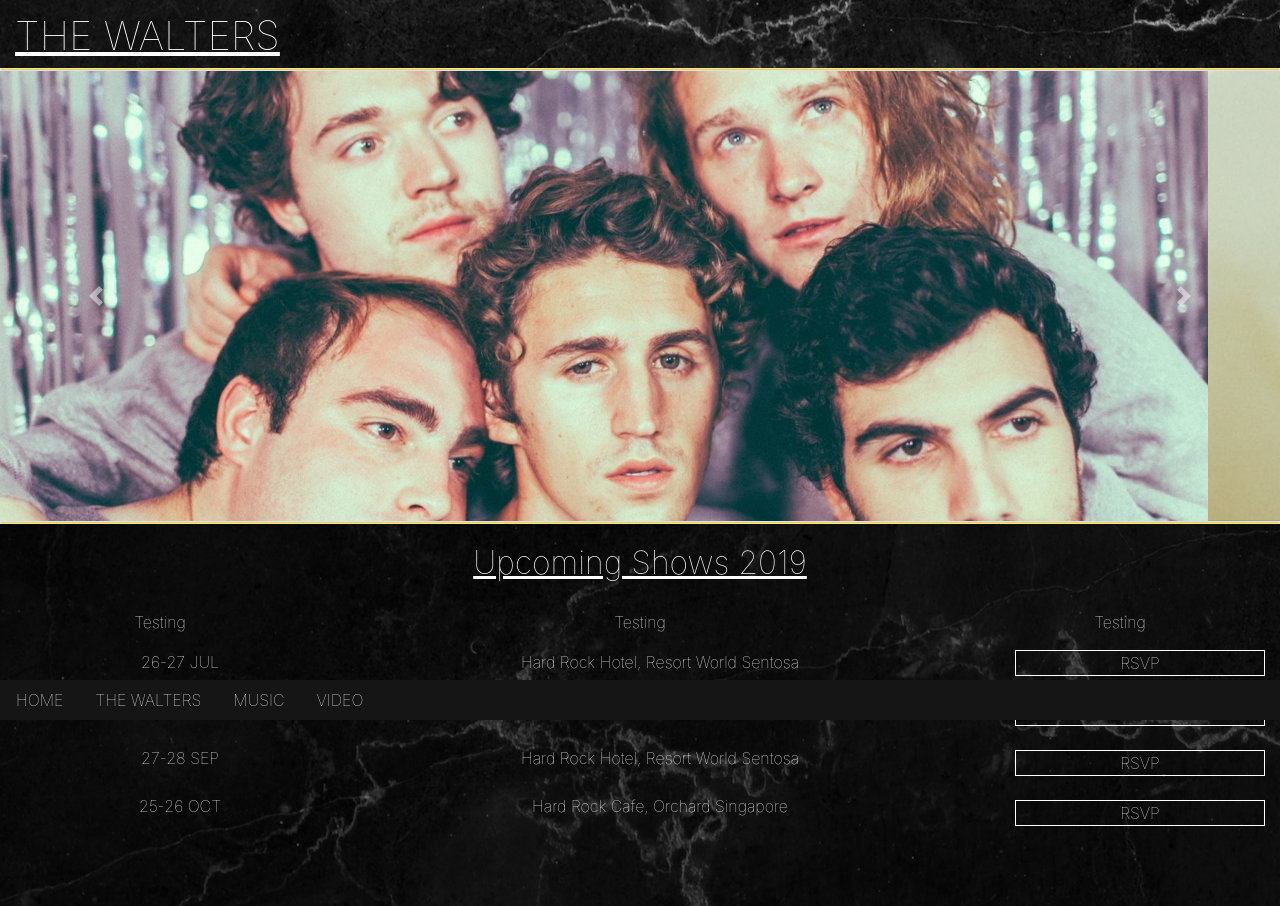
Repository: yucheng91/CIassignment1
Page: index.html
The author's editor kept a record of every edit. The page is drawn from the files as they stood at one moment, then again after the next edit.
The browser window is 1280 px wide. The pictures show the whole page.

Above is the page before.

### index.html
<!doctype html>
<html lang="en">
  <head>
    <!-- Required meta tags -->
    <meta charset="utf-8">
    <meta name="viewport" content="width=device-width, initial-scale=1, shrink-to-fit=no">

    <!-- Bootstrap CSS -->
    <link rel="stylesheet" href="https://stackpath.bootstrapcdn.com/bootstrap/4.3.1/css/bootstrap.min.css" integrity="sha384-ggOyR0iXCbMQv3Xipma34MD+dH/1fQ784/j6cY/iJTQUOhcWr7x9JvoRxT2MZw1T" crossorigin="anonymous">
    <link rel="stylesheet" href="style.css" type="text/css" />
    <link rel="styleshaeet" href="https://maxcdn.bootstrapcdn.com/font-awesome/4.7.0/css/font-awesome.min.css" type="text/css" />
    <title>The Walters</title>
  </head>
  <body>
    <div class="modal" tabindex="-1" role="dialog">
  <div class="modal-dialog" role="document">
    <div class="modal-content">
      <div class="modal-header">
        <h5 class="modal-title">Modal title</h5>
        <button type="button" class="close" data-dismiss="modal" aria-label="Close">
          <span aria-hidden="true">&times;</span>
        </button>
      </div>
      <div class="modal-body">
        <p>Modal body text goes here.</p>
      </div>
      <div class="modal-footer">
        <button type="button" class="btn btn-secondary" data-dismiss="modal">Close</button>
        <button type="button" class="btn btn-primary">Save changes</button>
      </div>
    </div>
  </div>
</div>

    <header>
      <div class="container-fluid">
      <div class="row">
        <div class="col-10">
          <h1>THE WALTERS</h1>
        </div>
        <div class="col-2">
          <a href="https://www.facebook.com"><i class="fa fa-facebook-square fa-2x" aria-hidden="true"></i></a>
          <a href="https://www.twitter.com"><i class="fa fa-twitter-square fa-2x" aria-hidden="true"></i></a>
          <a href="https://www.youtube.com"><i class="fa fa-youtube-square fa-2x" aria-hidden="true"></i></a>
        </div>
      </div>
    </div>
  <div class="border"></div>
  </header>

<div id="carouselExampleControls" class="carousel slide" data-ride="carousel">
  <div class="carousel-inner">
    <div class="carousel-item active">
      <img class="d-block w-100" src="c1.jpg" alt="First slide">
    </div>
    <div class="carousel-item">
      <img class="d-block w-100" src="c2.jpg" alt="Second slide">
    </div>
    <div class="carousel-item">
      <img class="d-block w-100" src="c3.jpg" alt="Third slide">
    </div>
  </div>
  <a class="carousel-control-prev" href="#carouselExampleControls" role="button" data-slide="prev">
    <span class="carousel-control-prev-icon" aria-hidden="true"></span>
    <span class="sr-only">Previous</span>
  </a>
  <a class="carousel-control-next" href="#carouselExampleControls" role="button" data-slide="next">
    <span class="carousel-control-next-icon" aria-hidden="true"></span>
    <span class="sr-only">Next</span>
  </a>
</div>
    <div class="border"></div>

  <section class="upcomingshow">
    <div>
      <h2>Upcoming Shows 2019</h2>
      <div class="container-fluid">
        <div class="row">
          <div class="col-3">
            <p>Testing</p>
          </div>
          <div class="col-6">
            <p>Testing</p>
          </div>
          <div class="col-3">
            <p>Testing</p>
          </div>
        </div>
      </div>

       <div class="container-fluid">
         <div class="row">
           <div class="col-3">
             <ul class="nobullet">
               <li>26-27 JUL</li></br>
               <li>30-31 AUG</li></br>
               <li>27-28 SEP</li></br>
               <li>25-26 OCT</li></br>
             </ul>
           </div>
           <div class="col-6">
             <ul class="nobullet">
               <li>Hard Rock Hotel, Resort World Sentosa</li></br>
               <li>Hard Rock Cafe, Orchard Singapore</li></br>
               <li>Hard Rock Hotel, Resort World Sentosa</li></br>
               <li>Hard Rock Cafe, Orchard Singapore</li></br>
             </ul>
           </div>
           <div class="col-3">
             <ul class="nobullet">
               <a href="https://www.eventbrite.sg"><li class="rsvpbutton">RSVP</li></a></br>
               <a href="https://www.eventbrite.sg"><li class="rsvpbutton">RSVP</li></a></br>
               <a href="https://www.eventbrite.sg"><li class="rsvpbutton">RSVP</li></a></br>
               <a href="https://www.eventbrite.sg"><li class="rsvpbutton">RSVP</li></a></br>
           </div>
         </div>
       </div>
      </section>

    <footer>
    <div class="navbar">
    <ul class="nav justify-content-start">
      <li class="nav-item">
        <a class="nav-link active" href="index.html">HOME</a>
      </li>
      <li class="nav-item">
        <a class="nav-link" href="profile.html">THE WALTERS</a>
      </li>
      <li class="nav-item">
        <a class="nav-link" href="music.html">MUSIC</a>
      </li>
      <li class="nav-item">
        <a class="nav-link" href="video.html">VIDEO</a>
      </li>
    </ul>
    </div>
    </footer>
    <!-- Optional JavaScript -->
    <!-- jQuery first, then Popper.js, then Bootstrap JS -->
    <script src="https://code.jquery.com/jquery-3.3.1.slim.min.js" integrity="sha384-q8i/X+965DzO0rT7abK41JStQIAqVgRVzpbzo5smXKp4YfRvH+8abtTE1Pi6jizo" crossorigin="anonymous"></script>
    <script src="https://cdnjs.cloudflare.com/ajax/libs/popper.js/1.14.7/umd/popper.min.js" integrity="sha384-UO2eT0CpHqdSJQ6hJty5KVphtPhzWj9WO1clHTMGa3JDZwrnQq4sF86dIHNDz0W1" crossorigin="anonymous"></script>
    <script src="https://stackpath.bootstrapcdn.com/bootstrap/4.3.1/js/bootstrap.min.js" integrity="sha384-JjSmVgyd0p3pXB1rRibZUAYoIIy6OrQ6VrjIEaFf/nJGzIxFDsf4x0xIM+B07jRM" crossorigin="anonymous"></script>
  </body>
</html>

### style.css
body {
    color:white;
    font-weight: 100;
    background-image: url("background.jpg");
    background-position: center;
}

.container-fluid h1 {
    font-weight: 100;
    padding-top: 12px;
    text-decoration: underline;
}

.container-fluid p {
    text-align:center;
}

.border {
    height:3px;
    background-color:gold;
    border:0;
    padding:0;
    color:gold;
}

.navbar  {
    position: fixed;
    bottom: 0;
    width: 100%;
    color: white;
    font-weight:100;
    background-color: #151516;
    padding:0 ;
}

.col-2 {
    padding:20px;
    text-align:right;
}

a {
    color:white;
    text-decoration:none;
}

.upcomingshow {
        background:rgba(0, 0, 0, 0.5);
}

.upcomingshow h2{
    text-align:center;
    padding-top: 20px;
    padding-bottom: 20px;
    text-decoration:underline;
    font-weight:100;
}

.nobullet {
    list-style-type: none;
    padding-bottom:40px;
    text-align:center;
}

footer {
    bottom:0 ;
    width: 100%;
}

.rsvpbutton {
    border:1px solid white;
}

img {
    height: 450px;
    width: 100%;
    object-fit: cover;
}

@media (max-width: 767px) {
    body {
        font-size: 15px;
    }

    h1 {
        font-size: 27px;
    }

    h2 {
        font-size: 20px;
    }

    ul {
        font-size: 7px;
    }
}

After the next edit:
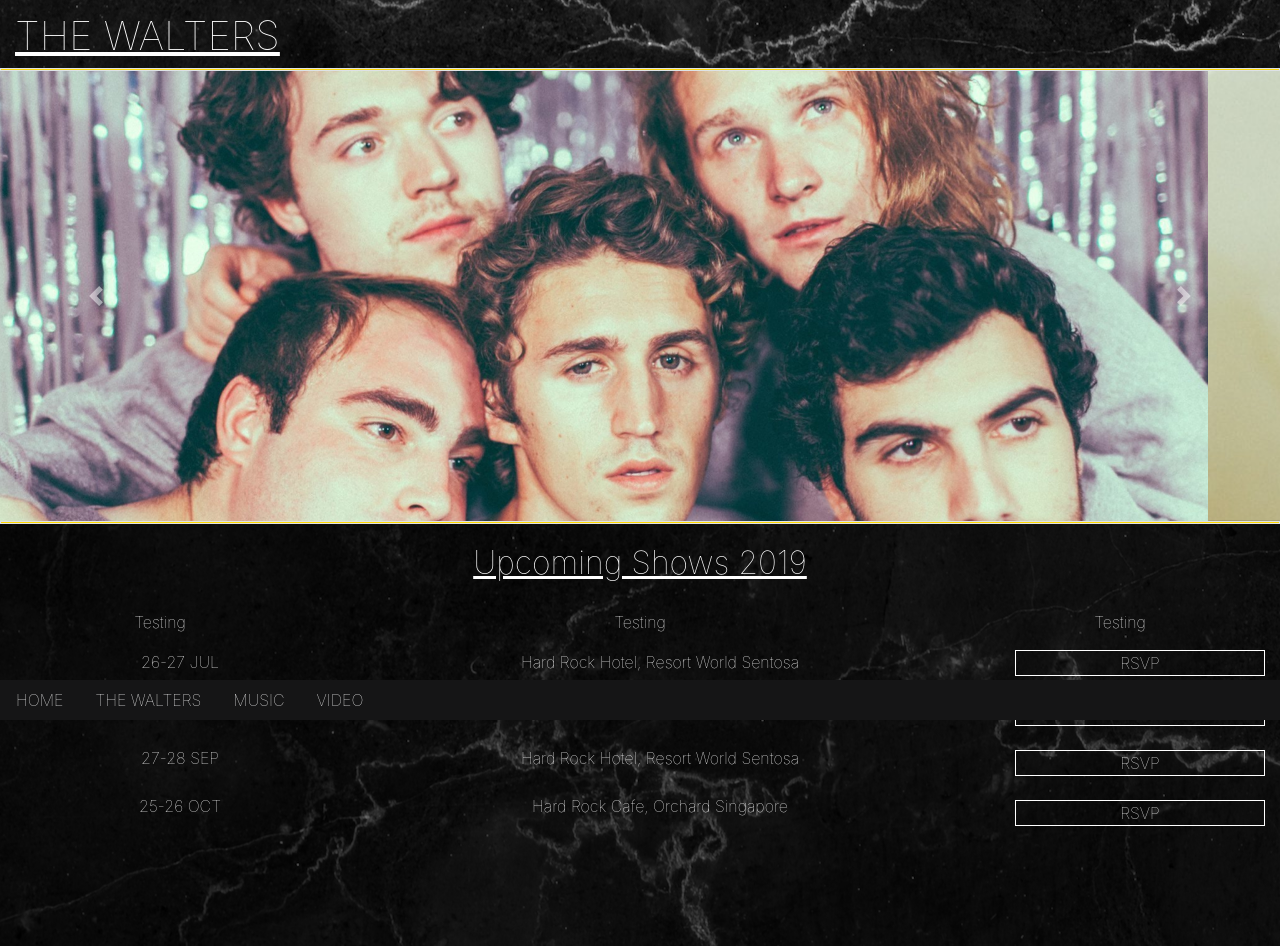
The edit:
--- a/style.css
+++ b/style.css
@@ -3,6 +3,10 @@
     font-weight: 100;
     background-image: url("background.jpg");
     background-position: center;
+}
+
+section {
+    padding-bottom:40px;
 }
 
 .container-fluid h1 {
